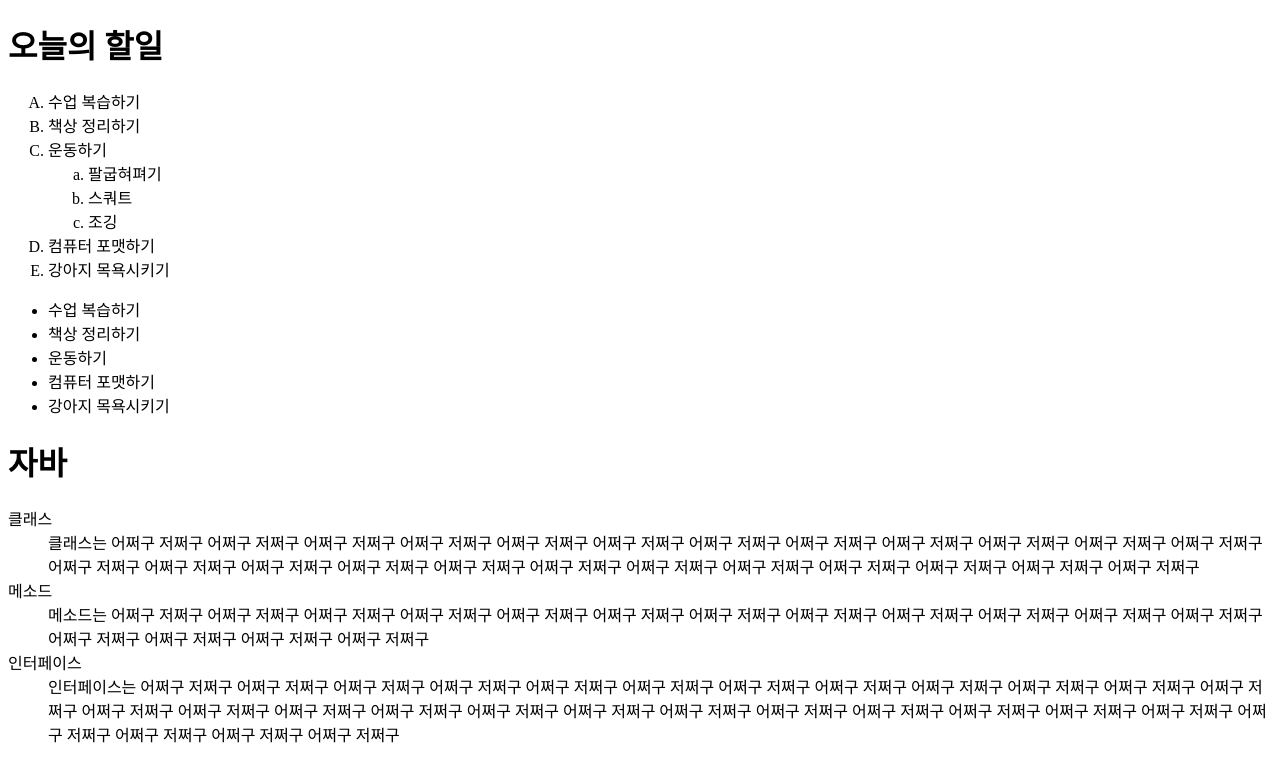
Repository: chanjin5212/Full-Stack-study
Page: client/ClientTest/src/main/webapp/html/ex10_list.html
These files come from the project's save history. The page is drawn as it stood at one moment and after the next save; the edit follows.
The browser window is 1280 px wide. The pictures show the whole page.

Above is the page before, as saved 2022-05-24 01:42:24.

### client/ClientTest/src/main/webapp/html/ex10_list.html
<!DOCTYPE html>
<html>
<head>
<meta charset="UTF-8">
<title>Insert title here</title>
</head>
<body>
	<!-- ex10_list.html -->

	<!--

		List, 목록
		1. 순서가 있는 목록
			- <ol> + <li>
			- Ordered List
			- List Item

		2. 순서가 없는 목록
			- <ul> + <li>
			- Unordered List
			- List Item

		3. 용어 정의 목록
			- <dl> + <dt> + <dd>
			- Definition List
			- Definition Term
			- Definition Description

	 -->
	 <h1>오늘의 할일</h1>
	 <ol type="A">
	 	<li>수업 복습하기</li>
	 	<li>책상 정리하기</li>
	 	<li>운동하기
	 		<ol type = "a">
	 			<li>팔굽혀펴기</li>
	 			<li>스쿼트</li>
	 			<li>조깅</li>
	 		</ol>
	 	</li>
	 	<li>컴퓨터 포맷하기</li>
	 	<li>강아지 목욕시키기</li>
	 </ol>

	 <ul>
	 	<li>수업 복습하기</li>
	 	<li>책상 정리하기</li>
	 	<li>운동하기</li>
	 	<li>컴퓨터 포맷하기</li>
	 	<li>강아지 목욕시키기</li>
	 </ul>

	 <h1>자바</h1>

	 <dl>
	 	<dt>클래스</dt>
	 	<dd>클래스는 어쩌구 저쩌구 어쩌구 저쩌구 어쩌구 저쩌구 어쩌구 저쩌구 어쩌구 저쩌구 어쩌구 저쩌구 어쩌구 저쩌구 어쩌구 저쩌구 어쩌구 저쩌구 어쩌구 저쩌구 어쩌구 저쩌구 어쩌구 저쩌구 어쩌구 저쩌구 어쩌구 저쩌구 어쩌구 저쩌구 어쩌구 저쩌구 어쩌구 저쩌구 어쩌구 저쩌구 어쩌구 저쩌구 어쩌구 저쩌구 어쩌구 저쩌구 어쩌구 저쩌구 어쩌구 저쩌구 어쩌구 저쩌구 </dd>
	 	<dt>메소드</dt>
	 	<dd>메소드는 어쩌구 저쩌구 어쩌구 저쩌구 어쩌구 저쩌구 어쩌구 저쩌구 어쩌구 저쩌구 어쩌구 저쩌구 어쩌구 저쩌구 어쩌구 저쩌구 어쩌구 저쩌구 어쩌구 저쩌구 어쩌구 저쩌구 어쩌구 저쩌구 어쩌구 저쩌구 어쩌구 저쩌구 어쩌구 저쩌구 어쩌구 저쩌구 </dd>
	 	<dt>인터페이스</dt>
	 	<dd>인터페이스는 어쩌구 저쩌구 어쩌구 저쩌구 어쩌구 저쩌구 어쩌구 저쩌구 어쩌구 저쩌구 어쩌구 저쩌구 어쩌구 저쩌구 어쩌구 저쩌구 어쩌구 저쩌구 어쩌구 저쩌구 어쩌구 저쩌구 어쩌구 저쩌구 어쩌구 저쩌구 어쩌구 저쩌구 어쩌구 저쩌구 어쩌구 저쩌구 어쩌구 저쩌구 어쩌구 저쩌구 어쩌구 저쩌구 어쩌구 저쩌구 어쩌구 저쩌구 어쩌구 저쩌구 어쩌구 저쩌구 어쩌구 저쩌구 어쩌구 저쩌구 어쩌구 저쩌구 어쩌구 저쩌구 어쩌구 저쩌구 </dd>

	 </dl>

</body>
</html>

After the next save:
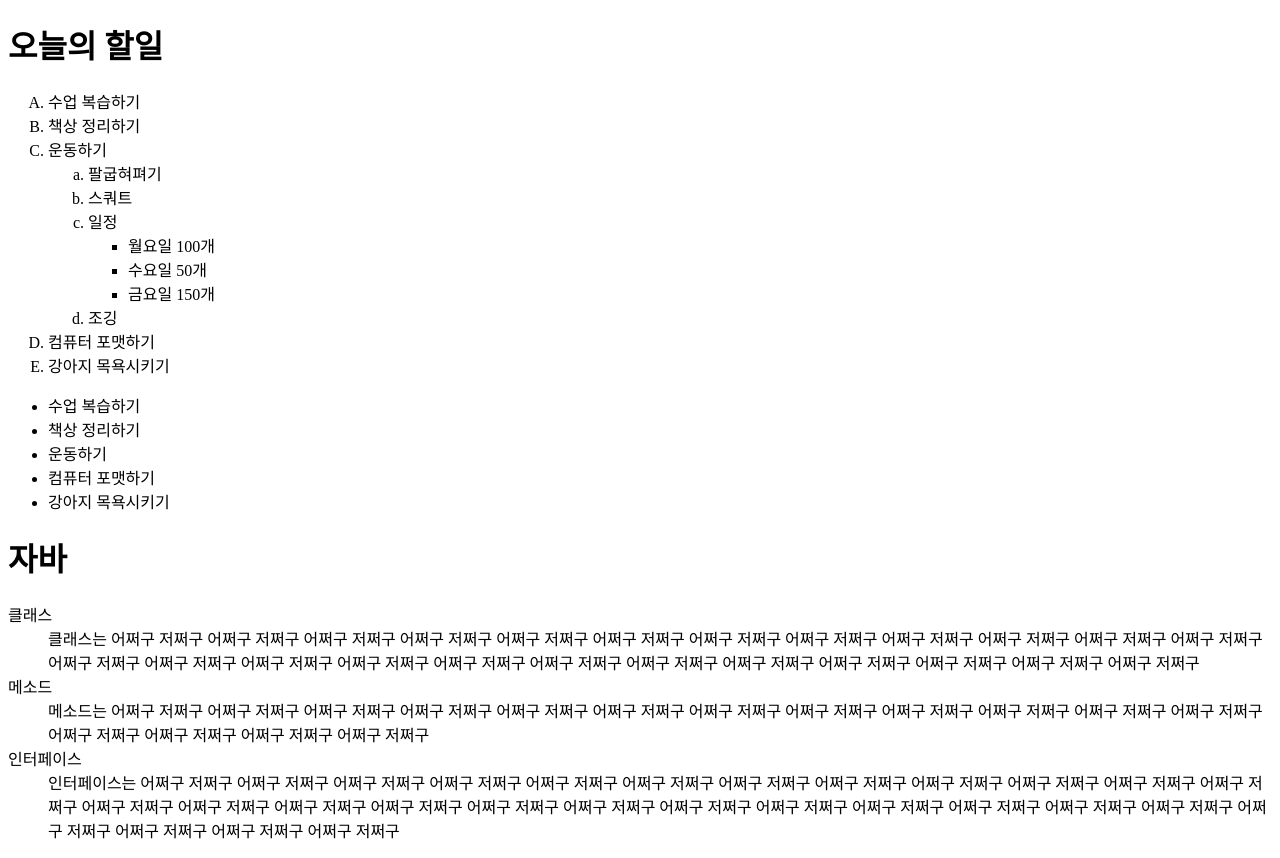
Saved 71 s later.
--- a/client/ClientTest/src/main/webapp/html/ex10_list.html
+++ b/client/ClientTest/src/main/webapp/html/ex10_list.html
@@ -31,10 +31,19 @@
 	 <ol type="A">
 	 	<li>수업 복습하기</li>
 	 	<li>책상 정리하기</li>
-	 	<li>운동하기
+	 	<li>
+	 		운동하기
 	 		<ol type = "a">
 	 			<li>팔굽혀펴기</li>
 	 			<li>스쿼트</li>
+	 			<li>
+	 				일정
+	 				<ul>
+	 					<li>월요일 100개</li>
+	 					<li>수요일 50개</li>
+	 					<li>금요일 150개</li>
+	 				</ul>
+	 			</li>
 	 			<li>조깅</li>
 	 		</ol>
 	 	</li>
